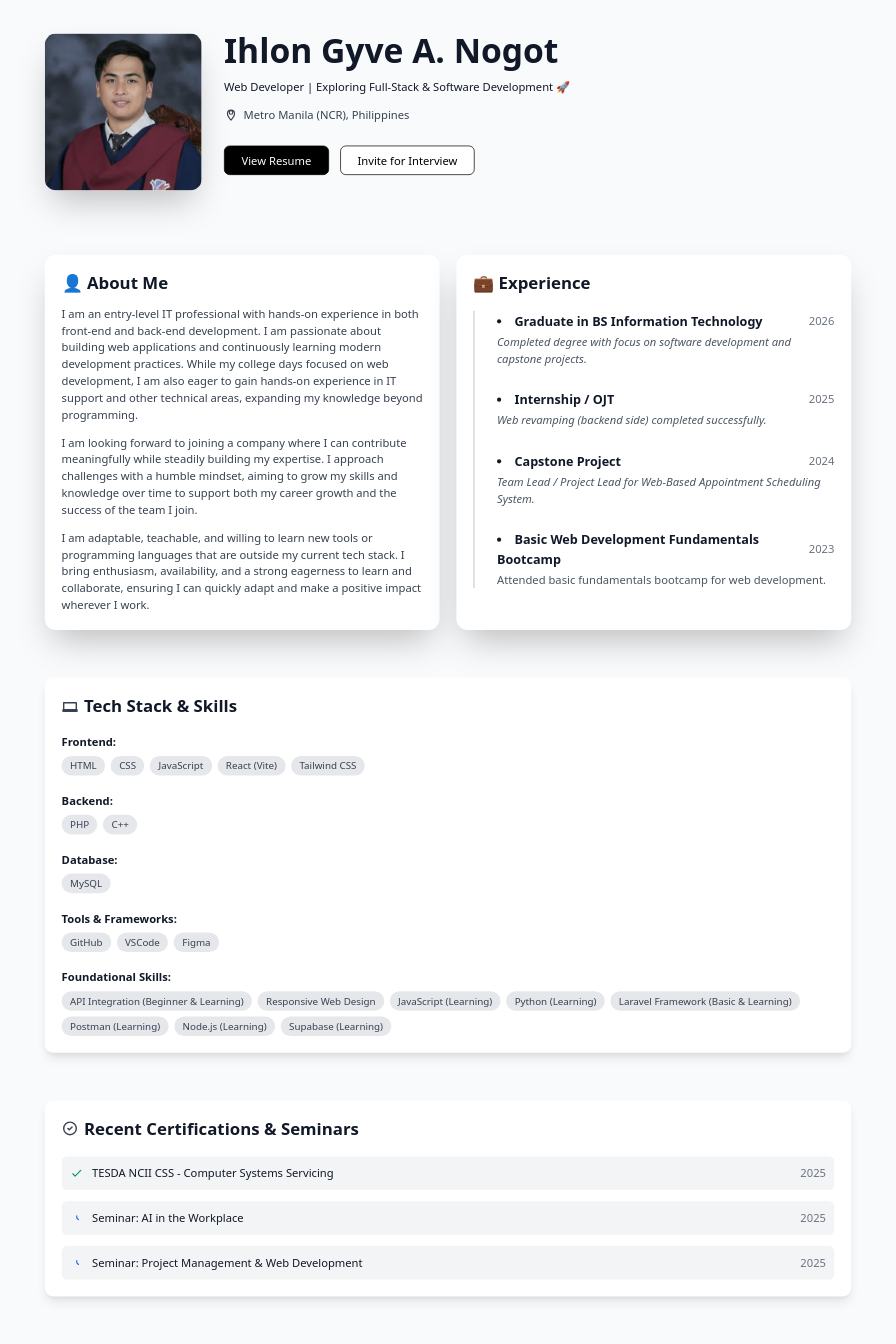
Repository: MeekSharkdev/cv-portfolio
Page: index.html
An editor plug-in stored every save of this project. The page is shown before and after the next save, followed by the edit.
The browser window is 1280 px wide. The pictures show the part of the page from y = 0 to 1920 px (the page is 2616 px tall), at 70% of full size.
A picture or video elsewhere on the page could not be fetched, so the positions and the page height are approximate.

Above is the page before, as saved 2026-01-31 20:35:11.
Not found: styles.css

After the next save:
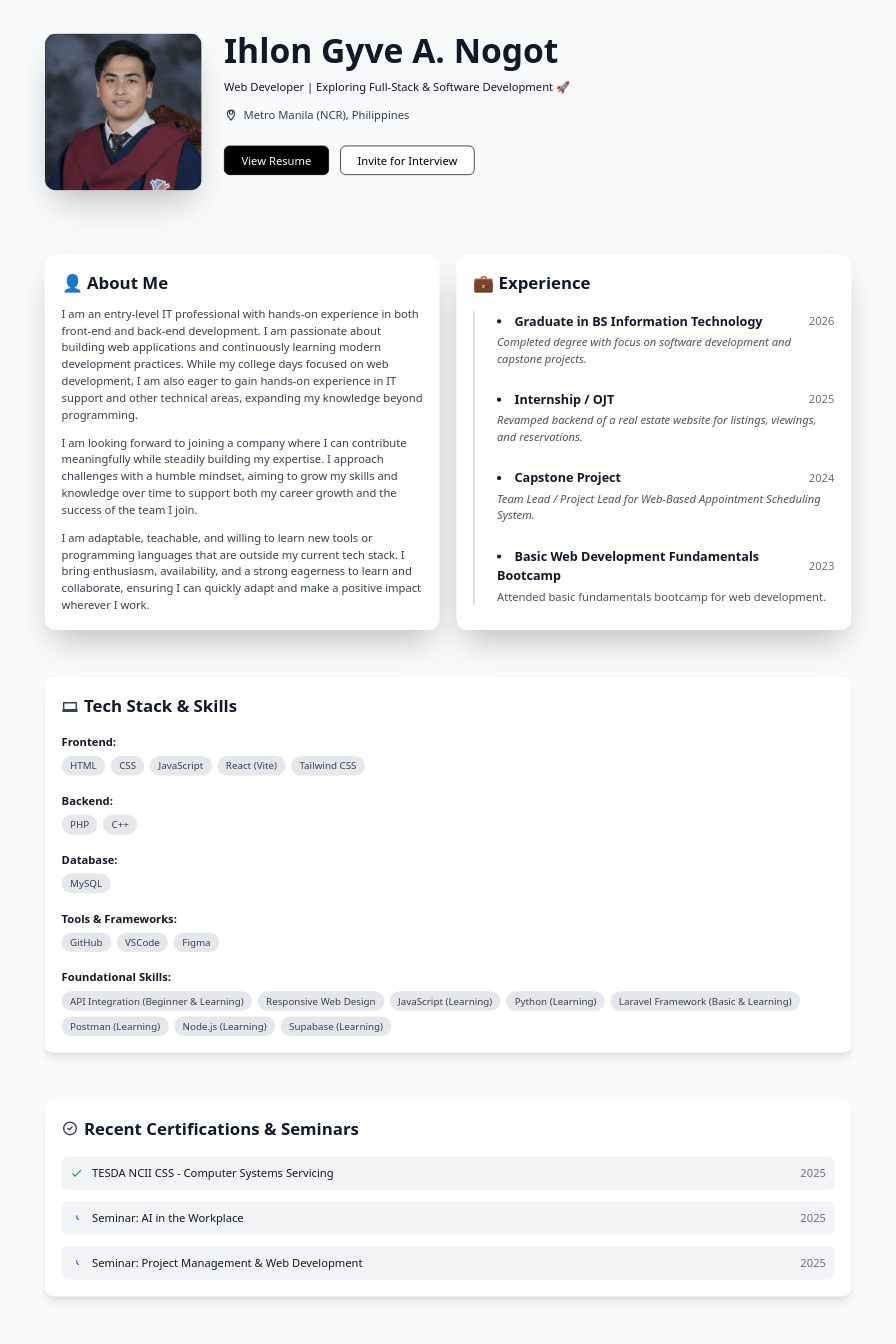
Saved 3 min 56 s later.
--- a/index.html
+++ b/index.html
@@ -124,7 +124,7 @@
                         <h3 class="text-lg font-bold"><li>Internship / OJT</li></h3>
                         <span class="text-gray-500">2025</span>
                     </div>
-                    <p class="text-gray-600 mt-1"><i>Web revamping (backend side) completed successfully.</i></p>
+                    <p class="text-gray-600 mt-1"><i>Revamped backend of a real estate website for listings, viewings, and reservations.</i></p>
                 </div>
 
                 <!-- Capstone Project -->
